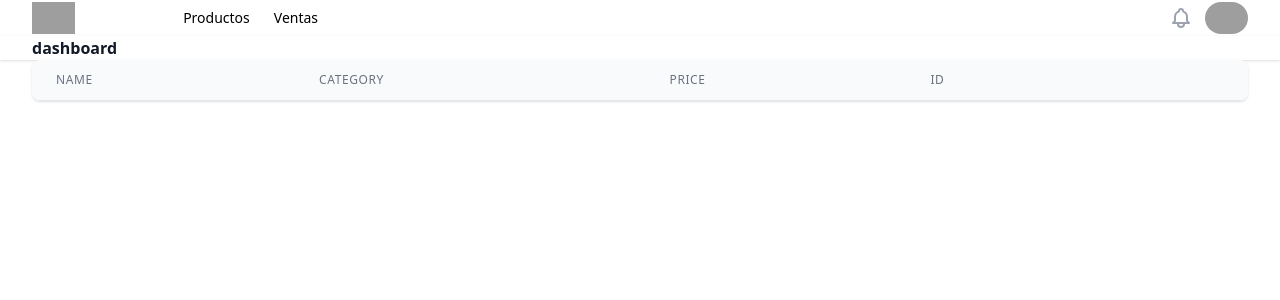
Repository: pvelosa/next-dashboard
Page: /dashboard
The author's editor kept a copy of each file at every save. The page is drawn from the files as they stood at one save, then again after the next save.
The browser window is 1280 px wide. The pictures show the whole page.
Pictures or frames that could not be fetched are drawn as grey boxes. The page's requests for data from a server got no answer. The project was rebuilt for these pictures with package versions that can differ from the ones it lists, and the page was loaded fresh each time. The framework's server and built-in components were replaced by stand-ins that run in the browser. No one was signed in, and anything a server would have sent is missing. Also part of the build but not shown: next.config.js.

Above is the page before, as saved 2022-06-02 23:28:07.

### pages/_app.js
import { ProviderAuth } from "../hooks/useAuth";
import "../src/styles/globals.css";
import MainLayout from "../layout/MainLayout";

function MyApp({ Component, pageProps }) {
  return (
    <>
      <ProviderAuth>
        <MainLayout>
          <Component {...pageProps} />
        </MainLayout>
      </ProviderAuth>
    </>
  );
}

export default MyApp;

### pages/dashboard/index.js
import useFetch from '../../hooks/useFetch'
import endPoints from '../../services/api';
const people = [
    {
      name: 'Jane Cooper',
      title: 'Regional Paradigm Technician',
      department: 'Optimization',
      role: 'Admin',
      email: 'jane.cooper@example.com',
      image: 'https://images.unsplash.com/photo-1494790108377-be9c29b29330?ixlib=rb-1.2.1&ixid=eyJhcHBfaWQiOjEyMDd9&auto=format&fit=facearea&facepad=4&w=256&h=256&q=60',
    },
  ];



  export default function Dashboard() {
      const products = useFetch(endPoints.products.getProducts(5,5));
      console.log(products)
    return (
      <>
        <div className="flex flex-col">
          <div className="-my-2 overflow-x-auto sm:-mx-6 lg:-mx-8">
            <div className="py-2 align-middle inline-block min-w-full sm:px-6 lg:px-8">
              <div className="shadow overflow-hidden border-b border-gray-200 sm:rounded-lg">
                <table className="min-w-full divide-y divide-gray-200">
                  <thead className="bg-gray-50">
                    <tr>
                      <th scope="col" className="px-6 py-3 text-left text-xs font-medium text-gray-500 uppercase tracking-wider">
                        Name
                      </th>
                      <th scope="col" className="px-6 py-3 text-left text-xs font-medium text-gray-500 uppercase tracking-wider">
                        Category
                      </th>
                      <th scope="col" className="px-6 py-3 text-left text-xs font-medium text-gray-500 uppercase tracking-wider">
                        Price
                      </th>
                      <th scope="col" className="px-6 py-3 text-left text-xs font-medium text-gray-500 uppercase tracking-wider">
                        Id
                      </th>
                      <th scope="col" className="relative px-6 py-3">
                        <span className="sr-only">Delete</span>
                      </th>
                    </tr>
                  </thead>
                  <tbody className="bg-white divide-y divide-gray-200">
                    {products?.map((product) => (
                      <tr key={`Product-item-${product.id}}`}>
                        <td className="px-6 py-4 whitespace-nowrap">
                          <div className="flex items-center">
                            <div className="flex-shrink-0 h-10 w-10">
                              <img className="h-10 w-10 rounded-full" src={person.image} alt="" />
                            </div>
                            <div className="ml-4">
                              <div className="text-sm font-medium text-gray-900">{person.name}</div>
                              <div className="text-sm text-gray-500">{person.email}</div>
                            </div>
                          </div>
                        </td>
                        <td className="px-6 py-4 whitespace-nowrap">
                          <div className="text-sm text-gray-900">{person.title}</div>
                          <div className="text-sm text-gray-500">{person.department}</div>
                        </td>
                        <td className="px-6 py-4 whitespace-nowrap">
                          <span className="px-2 inline-flex text-xs leading-5 font-semibold rounded-full bg-green-100 text-green-800">Active</span>
                        </td>
                        <td className="px-6 py-4 whitespace-nowrap text-sm text-gray-500">{person.role}</td>
                        <td className="px-6 py-4 whitespace-nowrap text-right text-sm font-medium">
                          <a href="#" className="text-indigo-600 hover:text-indigo-900">
                            Edit
                          </a>
                        </td>
                      </tr>
                    ))}
                  </tbody>
                </table>
              </div>
            </div>
          </div>
        </div>
      </>
    );
  }

### hooks/useAuth.js
import react, { useState, useContext, createContext } from "react";
import Cookie from "js-cookie";
import axios from "axios";
import endPoints from "../services/api/";

const AuthContext = createContext();

export function ProviderAuth({ children }) {
  const auth = useProviderAuth();
  return <AuthContext.Provider value={auth}>{children}</AuthContext.Provider>;
}

export const useAuth = () => {
  return useContext(AuthContext);
};

function useProviderAuth() {
  const [user, setUser] = useState(null);
  const signin = async (email, password) => {
    //empezar a construir la app aquí
    const options = {
      headers: {
        accept: "*/*",
        "Content-Type": "application/json",
      },
    };
    const { data: access_token } = await axios.post(
      endPoints.auth.login,
      { email, password },
      options
    );
    //guarda el token como una cookie
    if (access_token) {
        const token = access_token.access_token
      Cookie.set("token", token, { expires: 5 });
    console.log(user)
      //tenga un default para que se autorice
      axios.defaults.headers.Authorization = `Bearer ${token}`;
      const {data:user} = await axios.get(endPoints.auth.profile)
      setUser(user);
    }
  };
  return {
    user,
    signin,
  };
}

### layout/MainLayout.js
import Header from '../components/Header';
import Nav from '../common/Nav'

export default function MainLayout({ children }) {
  return (
    <>
      <div className="min-h-full">
        <Header/>
        <Nav/>
        <main>
          <div className="max-w-7xl mx-auto py-6 lg:px-8">{children}</div>
        </main>
      </div>
    </>
  );
}

### hooks/useFetch.js
import {useState, useEffect} from 'react';
import axios from 'axios';

const useFetch = (endpoint) => {
    const [data, setData] = useState([]);

    async function  fetchData(){
        const response = await axios.get(endpoint);
        setData(response.data);
    }

    useEffect(() =>{
        try{
            fetchData();
        } catch(error){
            console.log(error);
        }
    },[])

    return  data;
}

export default useFetch;

### services/api/index.js
const API = process.env.NEXT_PUBLIC_API_URL;
const VERSION = process.env.NEXT_PUBLIC_API_VERSION;

const endPoints = {
    auth: {
        login: `${API}/api/${VERSION}/auth/login`,
        profile: `${API}/api/${VERSION}/auth/profile`
    },
    categories:{
        getCategories: `${API}/api/${VERSION}/categories`,
        postCategories: `${API}/api/${VERSION}/categories`,
        getCategorie: (id) =>  `${API}/api/${VERSION}/categories/${id}`,
        putCategorie: (id) =>  `${API}/api/${VERSION}/categories/${id}`,
        getCategorieProducts: (id) =>  `${API}/api/${VERSION}/categories/${id}/products`
    },
    files:{
        postFiles:  `${API}/api/${VERSION}/files/upload`,
        getFile: (filename) =>  `${API}/api/${VERSION}/files/${filename}`,
    },
    products: {
        getProducts: (limit, offset) => `${API}/api/${VERSION}/products?limit=${limit}&offset=${offset} `,
        postProducts:  `${API}/api/${VERSION}/products/`,
        getProduct: (id) =>  `${API}/api/${VERSION}/products/${id}`,
        putProduct: (id) =>  `${API}/api/${VERSION}/products/${id}`,
        deleteProduct: (id) =>  `${API}/api/${VERSION}/products/${id}`,
    },
    users: {
        getUsers:  `${API}/api/${VERSION}/users/`,
        postUsers:  `${API}/api/${VERSION}/users/`,
        getProduct: `${API}/api/${VERSION}/users/is-available`,
    }

};

export default endPoints;

### components/Header.js
import { Fragment } from 'react';
import { useAuth } from '../hooks/useAuth';
import { Disclosure, Menu, Transition } from '@headlessui/react';
import { BellIcon, MenuIcon, XIcon } from '@heroicons/react/outline';


const navigation = [
  { name: 'Dashboard', href: '/da', current: true },
  { name: 'Productos', href: '/dashboard/products/', current: false },
  { name: 'Ventas', href: '#', current: false },
];
const userNavigation = [
  { name: 'Your Profile', href: '#' },
  { name: 'Settings', href: '#' },
  { name: 'Sign out', href: '#' },
];

function classNames(...classes) {
  return classes.filter(Boolean).join(' ');
}

export default function Header() {
    const auth = useAuth;
    const userData = {
        name: auth?.user?.name,
        email: auth?.user?.email,
        imageUrl: `https://ui-avatars.com/api/?name=${auth?.user?.name}`,
      };
  return (
    <>
      <Disclosure as="nav" className="bg-gray-800">
        {({ open }) => (
          <>
            <div className="max-w-7xl mx-auto px-4 sm:px-6 lg:px-8">
              <div className="flex items-center justify-between h-16">
                <div className="flex items-center">
                  <div className="flex-shrink-0">
                    <img className="h-8 w-8" src="https://tailwindui.com/img/logos/workflow-mark-indigo-500.svg" alt="Workflow" />
                  </div>
                  <div className="hidden md:block">
                    <div className="ml-10 flex items-baseline space-x-4">
                      {navigation.map((item) => (
                        <a
                          key={item.name}
                          href={item.href}
                          className={classNames(item.current ? 'bg-gray-900 text-white' : 'text-gray-300 hover:bg-gray-700 hover:text-white', 'px-3 py-2 rounded-md text-sm font-medium')}
                          aria-current={item.current ? 'page' : undefined}
                        >
                          {item.name}
                        </a>
                      ))}
                    </div>
                  </div>
                </div>
                <div className="hidden md:block">
                  <div className="ml-4 flex items-center md:ml-6">
                    <button
                      type="button"
                      className="bg-gray-800 p-1 rounded-full text-gray-400 hover:text-white focus:outline-none focus:ring-2 focus:ring-offset-2 focus:ring-offset-gray-800 focus:ring-white"
                    >
                      <span className="sr-only">View notifications</span>
                      <BellIcon className="h-6 w-6" aria-hidden="true" />
                    </button>

                    {/* Profile dropdown */}
                    <Menu as="div" className="ml-3 relative">
                      <div>
                        <Menu.Button className="max-w-xs bg-gray-800 rounded-full flex items-center text-sm focus:outline-none focus:ring-2 focus:ring-offset-2 focus:ring-offset-gray-800 focus:ring-white">
                          <span className="sr-only">Open user menu</span>
                          <img className="h-8 w-8 rounded-full" src={userData.imageUrl} alt="" />
                        </Menu.Button>
                      </div>
                      <Transition
                        as={Fragment}
                        enter="transition ease-out duration-100"
                        enterFrom="transform opacity-0 scale-95"
                        enterTo="transform opacity-100 scale-100"
                        leave="transition ease-in duration-75"
                        leaveFrom="transform opacity-100 scale-100"
                        leaveTo="transform opacity-0 scale-95"
                      >
                        <Menu.Items className="origin-top-right absolute right-0 mt-2 w-48 rounded-md shadow-lg py-1 bg-white ring-1 ring-black ring-opacity-5 focus:outline-none">
                          {userNavigation.map((item) => (
                            <Menu.Item key={item.name}>
                              {({ active }) => (
                                <a href={item.href} className={classNames(active ? 'bg-gray-100' : '', 'block px-4 py-2 text-sm text-gray-700')}>
                                  {item.name}
                                </a>
                              )}
                            </Menu.Item>
                          ))}
                        </Menu.Items>
                      </Transition>
                    </Menu>
                  </div>
                </div>
                <div className="-mr-2 flex md:hidden">
                  {/* Mobile menu button */}
                  <Disclosure.Button className="bg-gray-800 inline-flex items-center justify-center p-2 rounded-md text-gray-400 hover:text-white hover:bg-gray-700 focus:outline-none focus:ring-2 focus:ring-offset-2 focus:ring-offset-gray-800 focus:ring-white">
                    <span className="sr-only">Open main menu</span>
                    {open ? <XIcon className="block h-6 w-6" aria-hidden="true" /> : <MenuIcon className="block h-6 w-6" aria-hidden="true" />}
                  </Disclosure.Button>
                </div>
              </div>
            </div>

            <Disclosure.Panel className="md:hidden">
              <div className="px-2 pt-2 pb-3 space-y-1 sm:px-3">
                {navigation.map((item) => (
                  <Disclosure.Button
                    key={item.name}
                    as="a"
                    href={item.href}
                    className={classNames(item.current ? 'bg-gray-900 text-white' : 'text-gray-300 hover:bg-gray-700 hover:text-white', 'block px-3 py-2 rounded-md text-base font-medium')}
                    aria-current={item.current ? 'page' : undefined}
                  >
                    {item.name}
                  </Disclosure.Button>
                ))}
              </div>
              <div className="pt-4 pb-3 border-t border-gray-700">
                <div className="flex items-center px-5">
                  <div className="flex-shrink-0">
                    <img className="h-10 w-10 rounded-full" src={userData.imageUrl} alt="" />
                  </div>
                  <div className="ml-3">
                    <div className="text-base font-medium leading-none text-white">{userData.name}</div>
                    <div className="text-sm font-medium leading-none text-gray-400">{userData.email}</div>
                  </div>
                  <button
                    type="button"
                    className="ml-auto bg-gray-800 flex-shrink-0 p-1 rounded-full text-gray-400 hover:text-white focus:outline-none focus:ring-2 focus:ring-offset-2 focus:ring-offset-gray-800 focus:ring-white"
                  >
                    <span className="sr-only">View notifications</span>
                    <BellIcon className="h-6 w-6" aria-hidden="true" />
                  </button>
                </div>
                <div className="mt-3 px-2 space-y-1">
                  {userNavigation.map((item) => (
                    <Disclosure.Button key={item.name} as="a" href={item.href} className="block px-3 py-2 rounded-md text-base font-medium text-gray-400 hover:text-white hover:bg-gray-700">
                      {item.name}
                    </Disclosure.Button>
                  ))}
                </div>
              </div>
            </Disclosure.Panel>
          </>
        )}
      </Disclosure>
    </>
  );
}

### tailwind.config.js
module.exports = {
  content: [
    "./pages/**/*.{js,ts,jsx,tsx}",
  ],
  theme: {
    extend: {},
  },
  plugins: [],
}

Loaded but not shown: src/styles/globals.css (common file); common/Nav.js (common file)

After the next save:
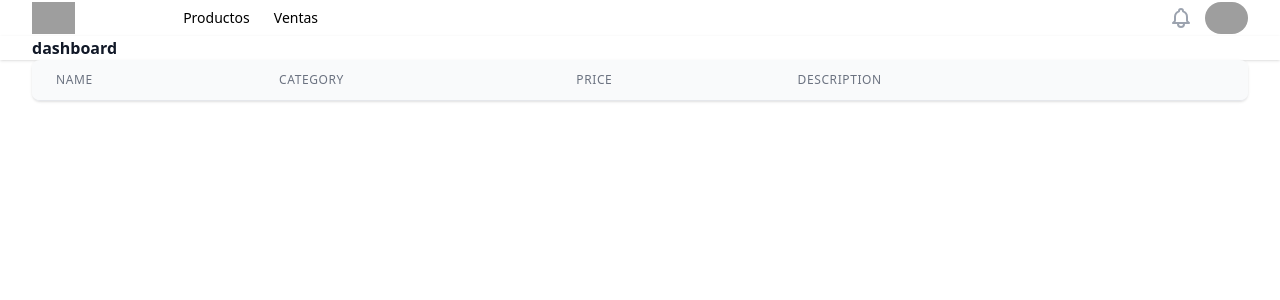
Saved 81 s later.
--- a/pages/dashboard/index.js
+++ b/pages/dashboard/index.js
@@ -35,7 +35,7 @@ const people = [
                         Price
                       </th>
                       <th scope="col" className="px-6 py-3 text-left text-xs font-medium text-gray-500 uppercase tracking-wider">
-                        Id
+                        Description
                       </th>
                       <th scope="col" className="relative px-6 py-3">
                         <span className="sr-only">Delete</span>
@@ -48,7 +48,7 @@ const people = [
                         <td className="px-6 py-4 whitespace-nowrap">
                           <div className="flex items-center">
                             <div className="flex-shrink-0 h-10 w-10">
-                              <img className="h-10 w-10 rounded-full" src={person.image} alt="" />
+                              <img className="h-10 w-10 rounded-full" src={product.images[0]} alt="" />
                             </div>
                             <div className="ml-4">
                               <div className="text-sm font-medium text-gray-900">{person.name}</div>
